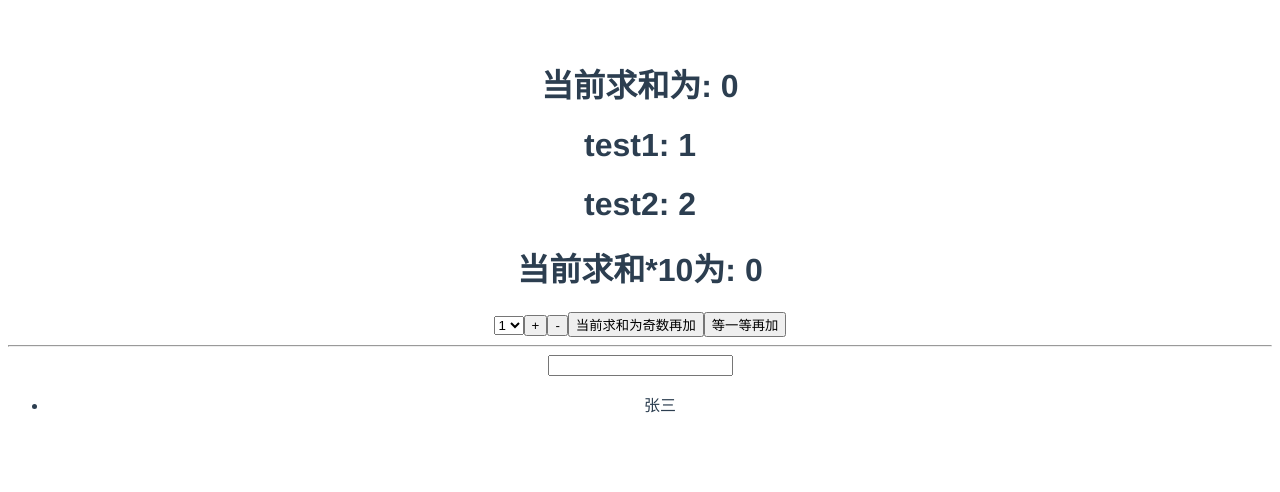
Repository: 319226862/wyy
Page: /#/home/message (app in test/)
The author's editor kept a copy of each file at every save. The page is drawn from the files as they stood at one save, then again after the next save.
The browser window is 1280 px wide. The pictures show the whole page.
The project was rebuilt for these pictures with package versions that can differ from the ones it lists, and the page was loaded fresh each time. Also part of the build but not shown: test/vue.config.js.

Above is the page before, as saved 2023-07-03 15:25:05.

After the next save:
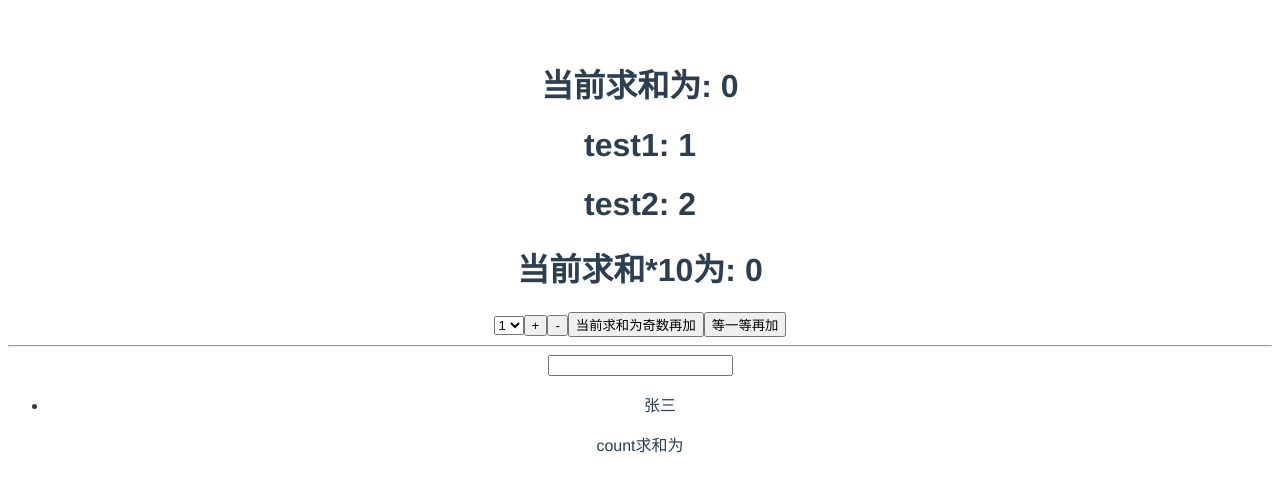
Saved 7 min 36 s later.
--- a/test/src/components/Person.vue
+++ b/test/src/components/Person.vue
@@ -9,6 +9,7 @@
         <ul v-for="person in personList" :key="person.id">
             <li>{{ person.name }}</li>
         </ul>
+        <p>count求和为{{  }}</p>
     </div>
 </template>
 
@@ -20,6 +21,9 @@ export default {
         // 2
         personList(){
             return this.$store.state.personList
+        },
+        number(){
+            return this.$store.state.number
         }
         // 3
         // ...mapState({
